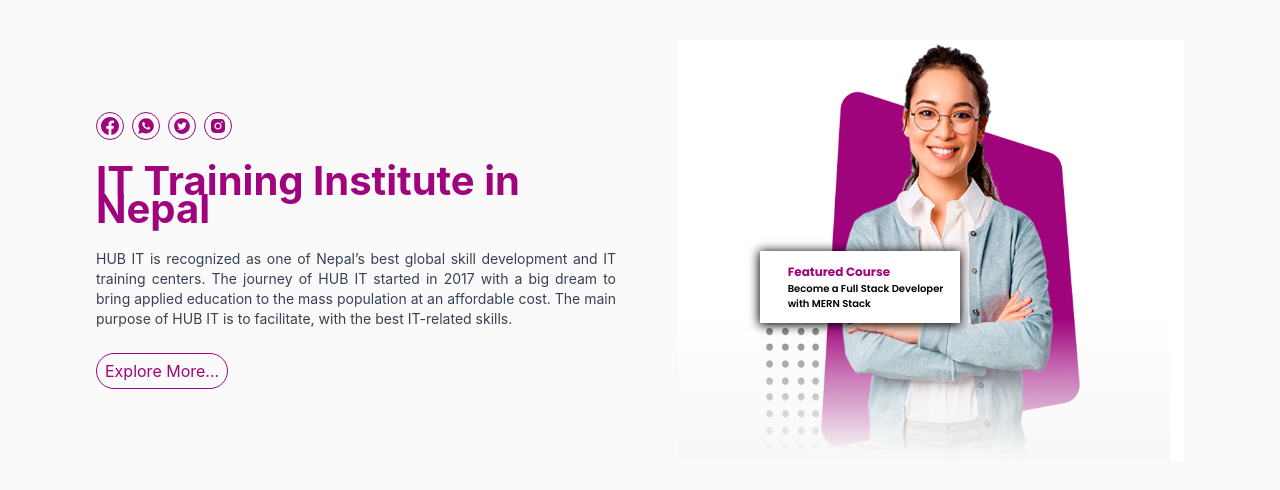
Repository: praveenmunagapati/hgllearnv2
Page: /HomePage/Home
These files come from the project's save history. The page is drawn as it stood at one moment and after the next save; the edit follows.
The browser window is 1280 px wide. The pictures show the whole page.
The project was rebuilt for these pictures with package versions that can differ from the ones it lists, and the page was loaded fresh each time. The framework's server and built-in components were replaced by stand-ins that run in the browser. Also part of the build but not shown: next.config.js.

Above is the page before, as saved 2023-01-03 14:43:01.

### pages/_app.js
import Analytics from "../components/SEO/Seo";
import "../styles/globals.css";
import "../styles/SCSS/master.scss";

function MyApp({ Component, pageProps }) {
  return <div>
    <Analytics />
    <Component {...pageProps} />
  </div>
}

export default MyApp;

### pages/HomePage/Home.jsx
import React from "react";
import { AiFillPlayCircle } from "react-icons/ai";
import Icons from "../../components/Navigation/Navitem/iconitem";
import teacher from "../../public/teacher.png";
import Image from "next/image";
import Link from "next/link";

function Home() {
  return (
    <>
      <div
        className="flex flex-col lg:flex-row xl:flex-row xxl:flex-row
          w-full justify-center items-center pb-20 pt-10
        md:px-8 lg:px-20 xl:px-24 xxl:px-32 px-4 bg-[#fafafa]"
      >
        <div className="h-max md:w-3/6 lg:w-3/6 xl:w-3/6 xxl:w-3/ 6 w-full ">
          <div className="flex mb-3">
            {Icons.map((icon, index) => {
              return (
                <div
                  key={index}
                  className="p-1 rounded-full bg-transparent flex justify-center items-center border border-[#A0047D] hover:border-none mr-2"
                >
                  <span className="text-[#A0047D] cursor-pointer hover:scale-90 duration-300 delay-200 transition-all text-base xl:text-lg xxl:text-xl">
                    <Link href={icon.path} passHref>
                      <a target={"_blank"}>{icon.icon}</a>
                    </Link>
                  </span>
                </div>
              );
            })}
          </div>
          <div className="font-bold xl:text-xl xxl:text-2xl text-[#A0047D] mb-1">
            <h1>IT Training Institute in Nepal</h1>
          </div>
          <div className="text-xs xl:text-sm xxl:text-base text-gray-700 pr-6 text-justify">
            <p>
              HUB IT is recognized as one of Nepal’s best global skill
              development and IT training centers. The journey of HUB IT started
              in 2017 with a big dream to bring applied education to the mass
              population at an affordable cost. The main purpose of HUB IT is to
              facilitate, with the best IT-related skills.
            </p>
          </div>
          <div className="flex mt-6 md:">
            <button
              className={
                "border-[1.5px] border-[#A0047D] rounded-full mr-6 px-2 py-[5px] text-sm xl:text-base xxl:text-lg text-main hover:scale-105 transition-all ease-in-out duration-300 delay-100 hover:bg-main hover:text-white"
              }
            >
              Explore More...
            </button>
          </div>
        </div>
        <div className="h-full w-full mt-8  md:mt-4 lg:mt-0 xl:mt-0 mx-auto lg:w-3/6 xl:w-3/6 xxl:w-3/6">
          <div className="relative">
            <div className="ml-[3vw]">
              <Image
                src={teacher}
                alt={"Loading"}
                layout="responsive"
                width={120}
                height={100}
              />
            </div>
            <div className="bg-white shadow-[0px_1px_10px_1px_black] h-max py-3 absolute top-[50%] left-[22%]  w-[200px] ">
              <div className="h-full w-full  relative">
                <div className=" h-full w-full flex flex-col justify-center px-4 ml-3">
                  <div className="text-[12px] font-bold text-[#a0047d] Poppins">
                    Featured Course
                  </div>
                  <div className="text-[10px] font-semibold text-black Poppins">
                    Become a Full Stack Developer with MERN Stack
                  </div>
                </div>
              </div>
            </div>
          </div>
        </div>
      </div>
    </>
  );
}

export default Home;

### components/SEO/Seo.js
import Script from 'next/script'

function Analytics() {
  return (
    <div className="container">
      {/* <!-- Global site tag (gtag.js) - Google Analytics --> */}
      <Script
        src="https://www.googletagmanager.com/gtag/js?id=G-HL5GL0WCSP"
        strategy="afterInteractive"
      />
      <Script id="google-analytics" strategy="afterInteractive">
        {`
      window.dataLayer = window.dataLayer || [];
      function gtag(){dataLayer.push(arguments);}
      gtag('js', new Date());

      gtag('config', 'G-HL5GL0WCSP');
        `}
      </Script>

    </div>
  )
}

export default Analytics

### styles/globals.css
html,
body {
  padding: 0;
  margin: 0;
  font-family: -apple-system, BlinkMacSystemFont, Segoe UI, Roboto, Oxygen,
    Ubuntu, Cantarell, Fira Sans, Droid Sans, Helvetica Neue, sans-serif;
    scroll-behavior: smooth;
    box-sizing: border-box;
}

a {
  color: inherit;
  text-decoration: none;
}

* {
  box-sizing: border-box;
}

.info::-webkit-scrollbar{
  display: none;

}
.info{
  width: 20vw;

}
@tailwind base;
@tailwind components;
@tailwind utilities;

### styles/SCSS/master.scss
@import "./utils.scss";

### components/Navigation/Navitem/iconitem.js
import { BsFacebook } from 'react-icons/bs';
import { IoLogoWhatsapp } from 'react-icons/io';
import { AiFillTwitterCircle } from 'react-icons/ai';
import { AiFillInstagram } from 'react-icons/ai';

const Icons = [
    { icon: <BsFacebook />, path:"https://www.facebook.com/hubitts" },
    { icon: < IoLogoWhatsapp />, path:"https://wa.me/message/R23HVVD5DWPVI1" },
    { icon: <AiFillTwitterCircle />, path:"https://twitter.com/hubittraining" },
    { icon: <AiFillInstagram />,path:"https://www.instagram.com/hubittraining" }
];

export default Icons;

### styles/SCSS/utils.scss
$primaryColor: #09313e;

$primaryLight: rgba(2, 167, 217, 0.1);
$Gray: #686868;
$GrayD: #6a6363;
$SecondaryColor: #ef3c23;
$Dark: #0d0106;

$GrayOne: #f9f9f9;
$GrayTwo: #f2f2f2;
$grayFour: #e3e3e3;
$buttonone: #159996;
$TabGray: #e5e7eb;

$GrayOne: #f9f9f9;
$GrayTwo: #f2f2f2;
$grayFour: #e3e3e3;
$buttonone: #159996;

//  font family
@import url("https://fonts.googleapis.com/css2?family=Poppins:ital,wght@0,100;0,200;0,300;0,500;0,600;0,700;0,800;0,900;1,100;1,200;1,300;1,400;1,500;1,600;1,700;1,800;1,900&display=swap");
.Poppins {
  font-family: "Poppins", sans-serif;
}
// fonts closed

.bg-primary {
  background-color: $primaryColor;
}
.bg-primary-light {
  background-color: $primaryLight;
}

.bg-gray {
  background-color: $Gray;
}
.bg-grayOne {
  background-color: $GrayOne;
}
.bg-grayTwo {
  background-color: $GrayTwo;
}
.bg-grayFour {
  background-color: $grayFour;
}
.bg-grayD {
  background-color: $GrayD;
}
.border-primary {
  border-color: $primaryColor;
}
.text-primary {
  color: $primaryColor;
}
.bg-secondary {
  background-color: $SecondaryColor;
}
.text-secondary {
  color: $SecondaryColor;
}
.text-gray {
  color: $Gray;
}
.text-grayD {
  color: #686868;
}
.text-gray-dark {
  color: $GrayD;
}

@mixin btn($bg, $color) {
  background-color: $bg;
  color: $color;
  display: flex;
  justify-content: center;
  cursor: pointer;
  align-items: center;
  padding: 8px 16px;
  transition: all 0.2s;
}
.btn-primary {
  @include btn($primaryColor, white);
}
.btn-Add {
  @include btn($buttonone, white);
}
.btn-secondary {
  @include btn($GrayD, black);
}
@mixin btn-outline($color, $border) {
  border: 1px solid $border;
  color: $color;
  display: flex;
  justify-content: center;
  align-items: center;
  padding: 8px 16px;
  cursor: pointer;
  transition: all 0.2s;
}
.btn-outline-primary {
  @include btn-outline($primaryColor, $primaryColor);
  cursor: pointer;
}

.btn-outline-secondary {
  @include btn-outline($SecondaryColor, $SecondaryColor);
  cursor: pointer;
}
.btn-outline-Gray {
  @include btn-outline($Gray, $Gray);
  cursor: pointer;
}
.card {
  background-color: white;
  box-shadow: 1px 1px 4px 2px rgba(0, 0, 0, 0.06);
  padding: 1rem;
}

.card-one {
  background-color: white;
  // border-radius: 10px;
  box-shadow: 1px 1px 1px 1px rgba(0, 0, 0, 0.02);
  padding: 1.5rem 2.5rem;
}
.container {
  width: 100%;
  margin-left: auto;
  margin-right: auto;
}
.OverViewButton {
  font-family: "Open Sans", sans-serif;
  font-weight: 400;
  cursor: pointer;
  height: fit-content;
}

body::-webkit-scrollbar {
  display: none;
  width: 0.8rem;
}

body::-webkit-scrollbar-track {
  display: none;
  box-shadow: inset 0 0 6px rgba(0, 0, 0, 0.3);
}

body::-webkit-scrollbar-thumb {
  display: none;
  background-color: rgb(117, 136, 144);
  outline: 1px solid slategrey;
}
.scroll {
  overflow: scroll;
}
.scroll::-webkit-scrollbar {
  display: none;
  width: 0.08rem;
}
.scroll::-webkit-scrollbar-thumb {
  display: none;
  background-color: $GrayD;
  outline: 1px solid $GrayD;
}
#UserProfile::after {
  content: " ";
  height: 0;
  position: absolute;
  width: 0;
  top: -19px;
  right: 14px;
  border: 10px solid transparent;
  border-bottom-color: $GrayTwo;
}
input {
  outline: none;
}
// default css for html elemets
h1 {
  display: block;
  font-size: 2em;
  margin-top: 0.67em;
  margin-bottom: 0.67em;
  margin-left: 0;
  margin-right: 0;
  font-weight: bold;
}
h2 {
  display: block;
  font-size: 1.5em;
  margin-top: 0.83em;
  margin-bottom: 0.83em;
  margin-left: 0;
  margin-right: 0;
  font-weight: bold;
}
h3 {
  display: block;
  font-size: 1.17em;
  margin-top: 1em;
  margin-bottom: 1em;
  margin-left: 0;
  margin-right: 0;
  font-weight: bold;
}
h4 {
  display: block;
  margin-top: 1.33em;
  margin-bottom: 1.33em;
  margin-left: 0;
  margin-right: 0;
  font-weight: bold;
}
h5 {
  display: block;
  font-size: 0.83em;
  margin-top: 1.67em;
  margin-bottom: 1.67em;
  margin-left: 0;
  margin-right: 0;
  font-weight: bold;
}
h6 {
  display: block;
  font-size: 0.67em;
  margin-top: 2.33em;
  margin-bottom: 2.33em;
  margin-left: 0;
  margin-right: 0;
  font-weight: bold;
}

.collapsible .content {
  padding: 0.5rem;
}
.collapsible .content-parent {
  height: 0px;
  overflow: hidden;
  transition: height ease-in-out 0.4s;
}
.roundeds {
  display: none;
  color: transparent;
  padding: 0px 0px 0px 5px;
  transition: ease-in-out 0.8s;

  background: #03c9a9;
  position: relative;
  display: block;
  float: left;
}
.roundeds::before {
  content: " ";
  display: block;
  width: 0;
  height: 0;
  border-top: 50px solid transparent;
  border-bottom: 50px solid transparent;
  border-left: 30px solid #03c9a9;
  position: absolute;
  top: 50%;
  margin-top: -50px;
  margin-left: 1px;
  left: 100%;
  z-index: 1;
}
.roundeds::after {
  content: " ";
  display: block;
  width: 0;
  height: 0;
  border-top: 50px solid transparent;
  border-bottom: 50px solid transparent;
  border-left: 30px solid #03c9a9;
  position: absolute;
  top: 50%;
  margin-top: -50px;
  left: 100%;
  z-index: 2;
}
.text {
  color: #03c9a9;
}
.bg-color {
  background-color: rgb(251, 252, 252);
}

.categoryFilter {
  color: rgb(239, 239, 239);
  text-shadow: 1px 1px 5px rgb(25, 24, 24);
}
.hoverme:hover {
  background-color: #02a8da;
}
.textPrimary:hover {
  color: rgba(160, 4, 125, 1);
}

// .featureData{
//   background-image: url('../../public/Teamwork.jpeg');
//   // background-image:linear-gradient(0deg, rgba(2,10,20,0.8995973389355743) 20%, rgba(0,2,20,0.6979166666666667) 55%, rgba(1,2,1,0.3029586834733894) 80%, rgba(1,2,3,0.8995973389355743) 100%), url(../../public/Teamwork.jpeg);
//   background-repeat: no-repeat;

// }
// .featureData::before{
//   ba
// }

.hovertext:hover {
  color: #02a8da;
}

.smalltext {
  font-size: 1px;
  color: red;
}
.borderRadiusHome {
  width: 0;
  height: 345px;
  // border: 130px solid green;
  // border-left: 25px solid red;
  // border-width: 0 25px 25px 0px;
  // border-right: 200px solid red;

  border-bottom-left-radius: 0px;
  border-top-left-radius: 80px;
  border-top-right-radius: 800px;
  border-bottom-right-radius: 505px;
  border: 100px solid rgba(160, 4, 125, 1);
  transform: rotatex(180deg);
  // position: relative;
}
.borderRadiusHome::before {
  content: "";
  top: -83px;
  left: -104px;
  position: absolute;
  // border-radius: 10px;
  background-color: rgba(160, 4, 125, 1);
  // background-color: red;
  width: 300px;
  height: 250px;
  border-bottom-left-radius: 170px;
  border-top-left-radius: 50px;
  border-bottom-right-radius: 30px;

  border-top-right-radius: 50px;
  transform: rotate(8deg);
}
.borderRadiusHome::after {
  content: "";
  top: 173px;
  left: -110px;
  position: absolute;
  width: 282px;
  height: 60px;
  border-bottom-left-radius: 20px;
  border-bottom-right-radius: 15px;
  border-top-left-radius: 35px;
  border-top-right-radius: 30px;
  transform: rotate(-22deg);
  // background-color: red;

  background-color: rgba(160, 4, 125, 1);
}
.buttonWidth {
  width: 570px;
}

// fonts closed
// css for slider
.width {
  min-width: 100%;
}
// scroll to top ko button ko css included gareko
.back-to-top {
  position: fixed;
  bottom: 90px;
  right: 20px;
  font-size: 50px;
  background: rgba(160, 4, 125, 1);
  color: white;
  cursor: pointer;
  border-radius: 100px;
  border: none;
  box-shadow: 0 5px 10px rgb(156, 62, 136);
  z-index: 10;
}

.borderRight {
  background-color: gray;
  width: 1px;
  height: 15px;
}
.borderRadiusTop {
  border-top-left-radius: 5px;
  border-top-right-radius: 5px;
}
.borderRadiusTopHover:hover {
  border-top-left-radius: 5px;
  border-top-right-radius: 5px;
}

@keyframes nextPage {
  0% {
    opacity: 0.8;
    transform: translate(60px, 0);
  }

  100% {
    opacity: 1;
    transform: translate(0, 0);
  }
}

@keyframes prevPage {
  0% {
    opacity: 0.8;
    transform: translate(-60px, 0);
  }

  100% {
    opacity: 1;
    transform: translate(0, 0);
  }
}

.tipDown {
  background-color: rgba(160, 4, 125, 1);
  position: relative;
  z-index: 900;
}
.tipDown::after {
  content: "";
  position: absolute;
  width: 30px;
  background-color: rgba(160, 4, 125, 1);
  z-index: -10;
  height: 30px;
  top: 20px;
  left: 18px;
  rotate: 50deg;
  // border-bottom-left-radius: 20px;
  // border-bottom-right-radius: 20px;
}
.animatePulse {
  animation: pulse 2s cubic-bezier(0.4, 0, 0.6, 1) infinite;

  @keyframes pulse {
    0%,
    100% {
      opacity: 1;
    }
    50% {
      opacity: 0.75;
      background-color: rgb(33, 28, 28);
      // color: rgba(160, 4, 125, 1);
    }
  }
}

### tailwind.config.js
module.exports = {
  content: [
    "./pages/**/*.{js,ts,jsx,tsx}",
    "./components/**/*.{js,ts,jsx,tsx}",
    "./HOC/**/*.{js,ts,jsx,tsx}",
  ],
  theme: {
    screens: {
      xs: { max: "575.98px" },
      sm: { min: "576px", max: "767.98px" },
      md: { min: "768px", max: "991.98px" },
      lg: { min: "992px", max: "1199.98px" },
      xl: { min: "1200px", max: "1399.98px" },
      xxl: { min: "1400px" },
    },
    extend: {
      colors: {
        main: "rgba(160, 4, 125, 1)",
        hoverMain: "#c2259f",
      },
      height: {
        84: "21rem",
        94: "22rem",
        98: "27rem",
        100: "28rem",
        103: "32rem",
        104: "32.5rem",
        108: "34rem",
      },
      width: {
        84: "21rem",
        94: "22rem",
        98: "27rem",
        100: "28rem",
        104: "31rem",
        108: "36rem",
        110: "38rem",
      },
      top: {
        104: "28rem",
      },
    },
  },
  plugins: [require("@tailwindcss/line-clamp")],
};

After the next save:
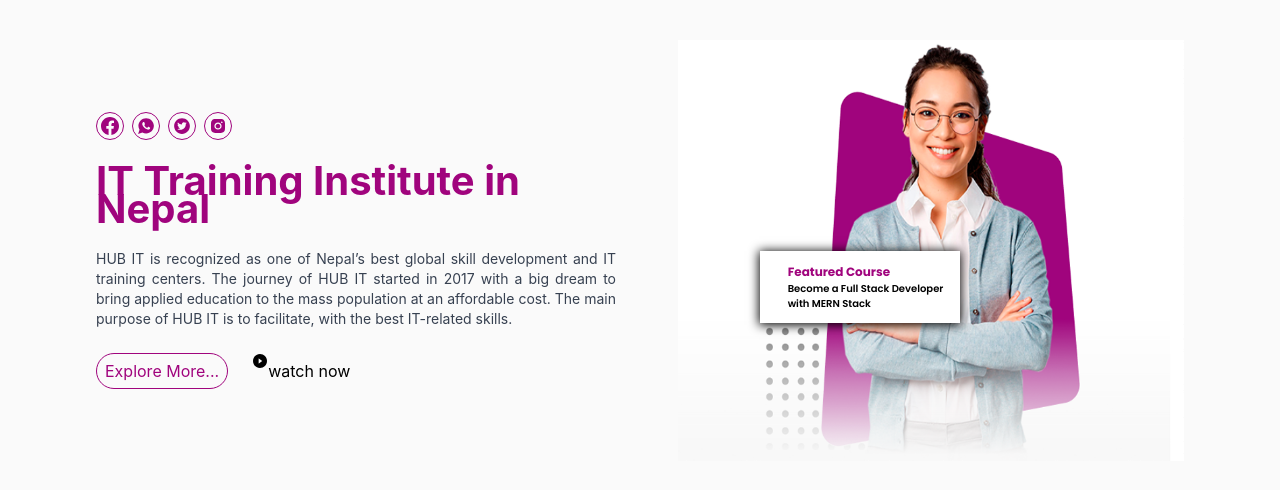
Saved 81 s later.
--- a/pages/HomePage/Home.jsx
+++ b/pages/HomePage/Home.jsx
@@ -50,6 +50,12 @@
             >
               Explore More...
             </button>
+            <div className="flex ">
+              <div>
+                <AiFillPlayCircle />
+              </div>
+              <button>watch now</button>
+            </div>
           </div>
         </div>
         <div className="h-full w-full mt-8  md:mt-4 lg:mt-0 xl:mt-0 mx-auto lg:w-3/6 xl:w-3/6 xxl:w-3/6">
